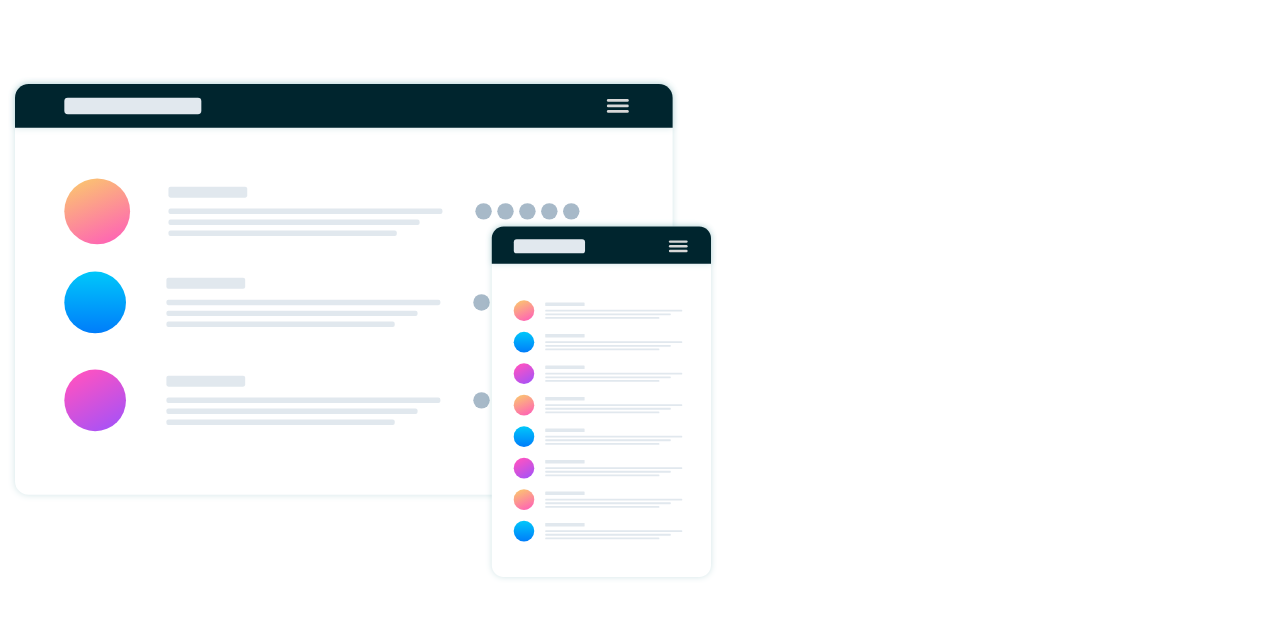
Repository: caique2512/Huddle
Page: index.html
These files come from the project's save history. The page is drawn as it stood at one moment and after the next save; the edit follows.
The browser window is 1280 px wide. The pictures show the whole page.

Above is the page before, as saved 2026-02-27 17:12:21.

### index.html
<!DOCTYPE html>
<html lang="pt-br">
<head>
    <meta charset="UTF-8">
    <meta name="viewport" content="width=device-width, initial-scale=1.0">
    <title>Huddle</title>
</head>
<body>
    <header class="logo">
        <img src="./images/logo.svg" alt="Logo Huddle">
    </header>
    <main>
        <img src="./images/illustration-mockups.svg" alt="Illustracion">
    </main>
</body>
</html>

After the next save:
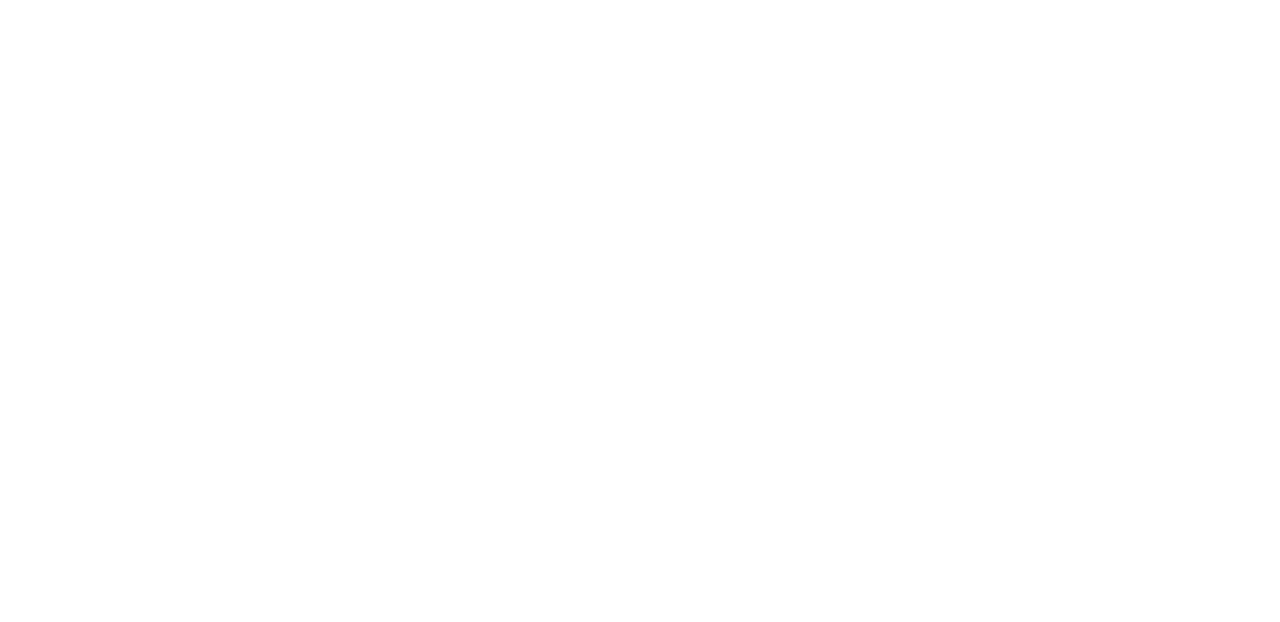
Saved 6 s later.
--- a/index.html
+++ b/index.html
@@ -10,7 +10,7 @@
         <img src="./images/logo.svg" alt="Logo Huddle">
     </header>
     <main>
-        <img src="./images/illustration-mockups.svg" alt="Illustracion">
+
     </main>
 </body>
 </html>

After the 2 saves that followed:
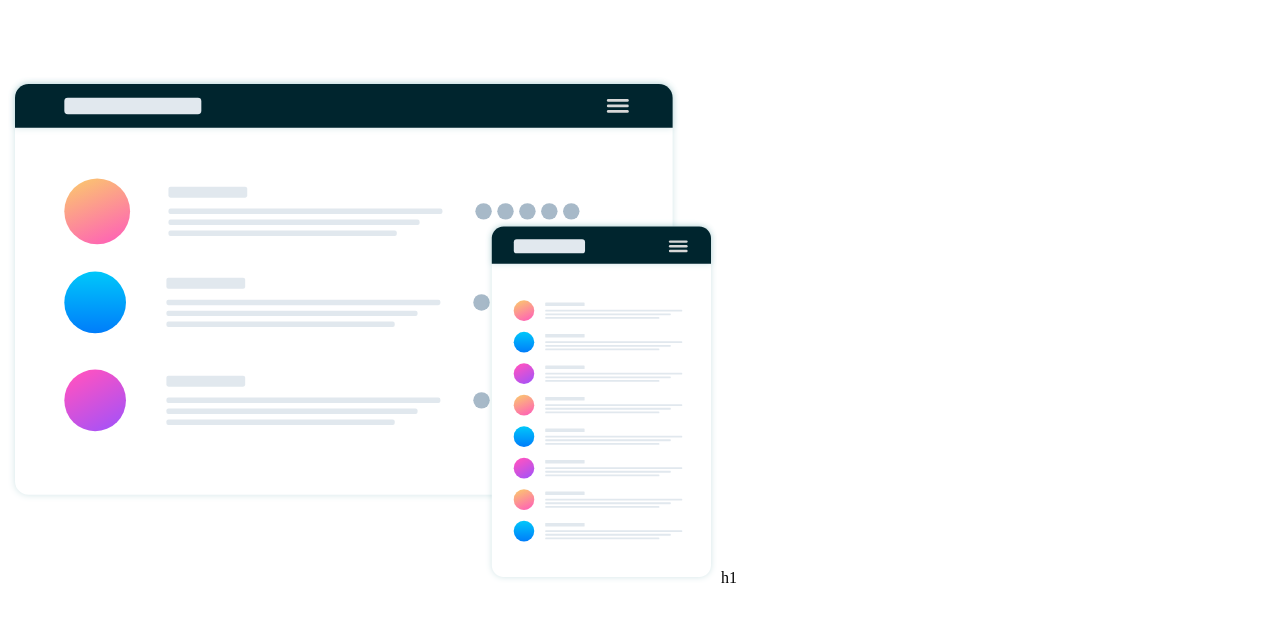
The 2 saves are shown as one change because they came seconds apart.
The last was saved 10 s later.
--- a/index.html
+++ b/index.html
@@ -10,7 +10,8 @@
         <img src="./images/logo.svg" alt="Logo Huddle">
     </header>
     <main>
-
+        <img src="./images/illustration-mockups.svg" alt="Illustracion">
+        h1
     </main>
 </body>
 </html>
